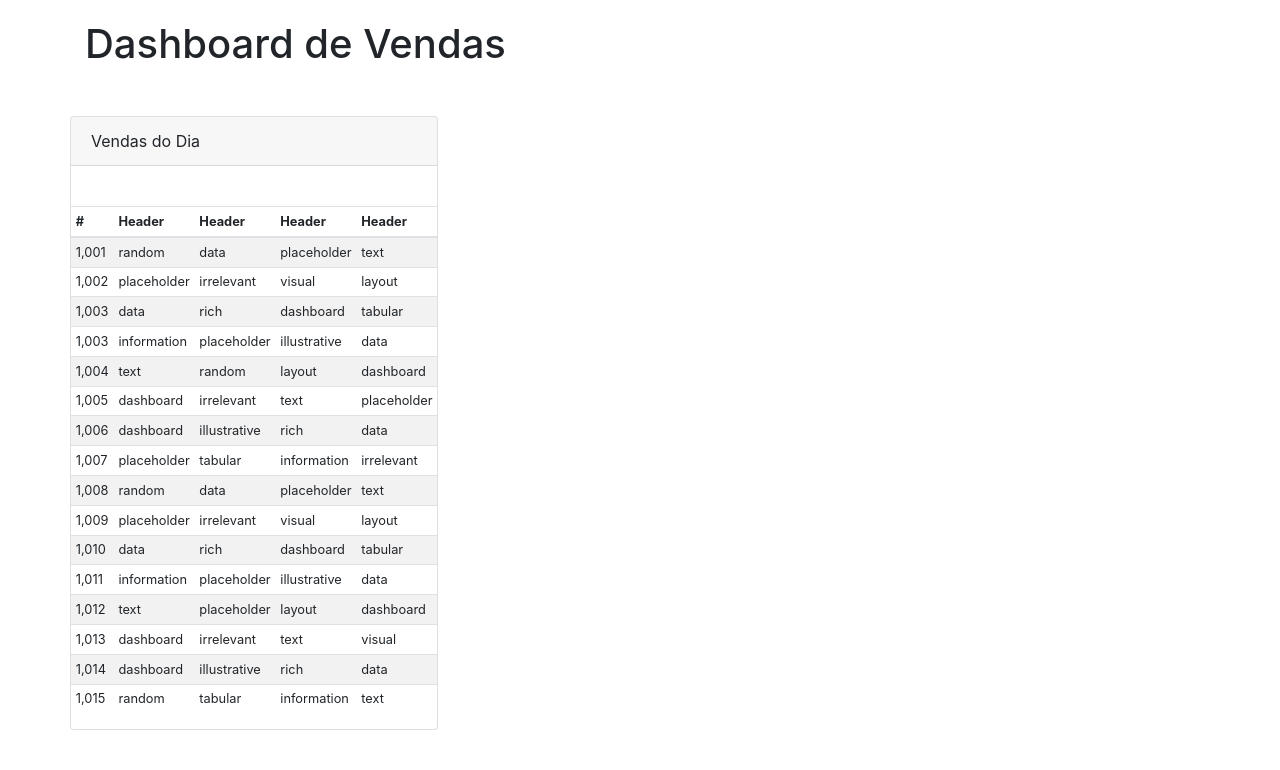
Repository: joaobatistafrontend/vendas_produto
Page: templates/detalhesDias.html
An editor plug-in stored every save of this project. The page is shown before and after a run of saves, followed by the edit.
The browser window is 1280 px wide. The pictures show the whole page.
The template is drawn by Django 5.2. The application's start-up code is not run. The template is opened directly, without the code that normally fills it, so the values that code supplies are empty.

Above is the page before, as saved 2024-08-04 16:34:35.

After the next 2 saves:
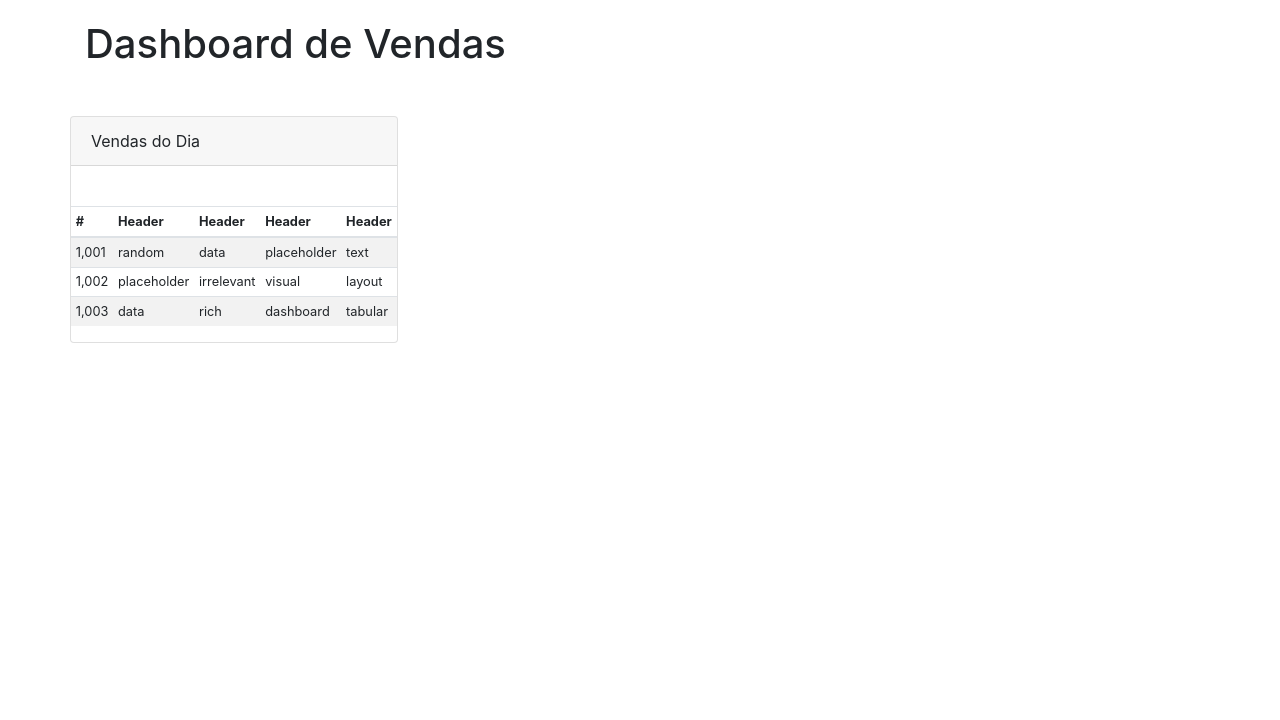
The 2 saves are shown as one change because they came seconds apart.
The last was saved 28 s later.
--- a/templates/detalhesDias.html
+++ b/templates/detalhesDias.html
@@ -68,97 +68,6 @@
                           <td>dashboard</td>
                           <td>tabular</td>
                         </tr>
-                        <tr>
-                          <td>1,003</td>
-                          <td>information</td>
-                          <td>placeholder</td>
-                          <td>illustrative</td>
-                          <td>data</td>
-                        </tr>
-                        <tr>
-                          <td>1,004</td>
-                          <td>text</td>
-                          <td>random</td>
-                          <td>layout</td>
-                          <td>dashboard</td>
-                        </tr>
-                        <tr>
-                          <td>1,005</td>
-                          <td>dashboard</td>
-                          <td>irrelevant</td>
-                          <td>text</td>
-                          <td>placeholder</td>
-                        </tr>
-                        <tr>
-                          <td>1,006</td>
-                          <td>dashboard</td>
-                          <td>illustrative</td>
-                          <td>rich</td>
-                          <td>data</td>
-                        </tr>
-                        <tr>
-                          <td>1,007</td>
-                          <td>placeholder</td>
-                          <td>tabular</td>
-                          <td>information</td>
-                          <td>irrelevant</td>
-                        </tr>
-                        <tr>
-                          <td>1,008</td>
-                          <td>random</td>
-                          <td>data</td>
-                          <td>placeholder</td>
-                          <td>text</td>
-                        </tr>
-                        <tr>
-                          <td>1,009</td>
-                          <td>placeholder</td>
-                          <td>irrelevant</td>
-                          <td>visual</td>
-                          <td>layout</td>
-                        </tr>
-                        <tr>
-                          <td>1,010</td>
-                          <td>data</td>
-                          <td>rich</td>
-                          <td>dashboard</td>
-                          <td>tabular</td>
-                        </tr>
-                        <tr>
-                          <td>1,011</td>
-                          <td>information</td>
-                          <td>placeholder</td>
-                          <td>illustrative</td>
-                          <td>data</td>
-                        </tr>
-                        <tr>
-                          <td>1,012</td>
-                          <td>text</td>
-                          <td>placeholder</td>
-                          <td>layout</td>
-                          <td>dashboard</td>
-                        </tr>
-                        <tr>
-                          <td>1,013</td>
-                          <td>dashboard</td>
-                          <td>irrelevant</td>
-                          <td>text</td>
-                          <td>visual</td>
-                        </tr>
-                        <tr>
-                          <td>1,014</td>
-                          <td>dashboard</td>
-                          <td>illustrative</td>
-                          <td>rich</td>
-                          <td>data</td>
-                        </tr>
-                        <tr>
-                          <td>1,015</td>
-                          <td>random</td>
-                          <td>tabular</td>
-                          <td>information</td>
-                          <td>text</td>
-                        </tr>
                       </tbody>
                     </table>
                   </div>
